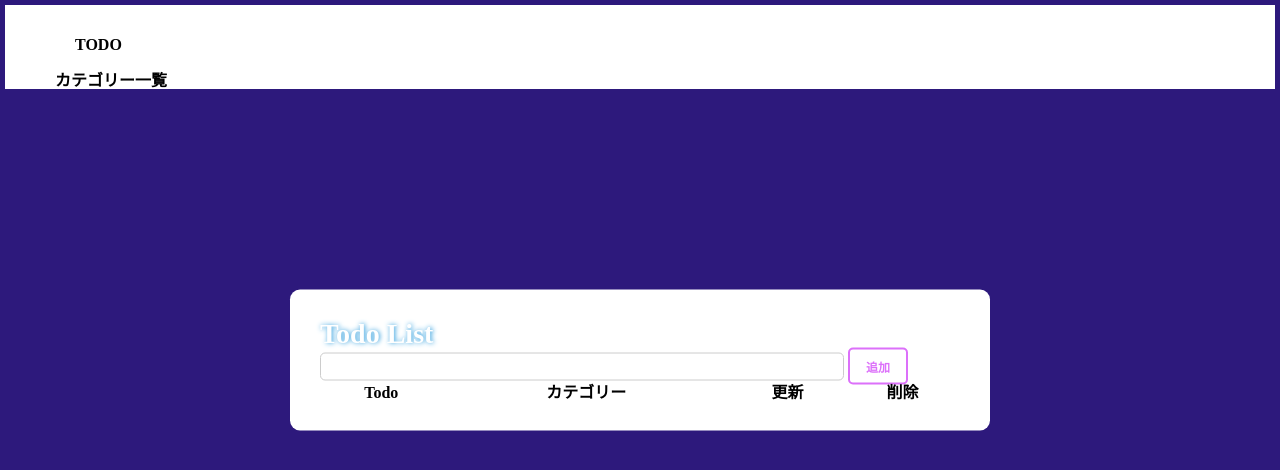
Repository: azuma2/cate
Page: http://localhost/
An editor plug-in stored every save of this project. The page is shown before and after a run of saves, followed by the edit.
The browser window is 1280 px wide. The pictures show the whole page.
The page is served by the project's Laravel application, run on PHP 8.4 with Laravel 8. Queries for data that is not in the repository find no rows.

Above is the page before, as saved 2022-05-17 02:45:05.

After the next 2 saves:
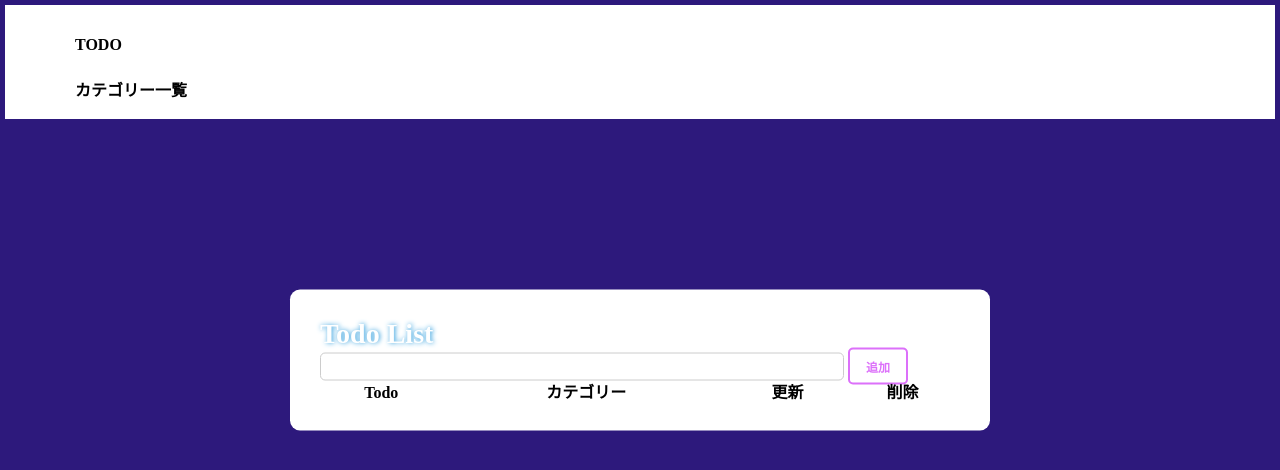
The 2 saves are shown as one change because they came seconds apart.
The last was saved 14 s later.
--- a/resources/views/index.blade.php
+++ b/resources/views/index.blade.php
@@ -36,7 +36,10 @@
   margin: 10px;
 }
 
-
+.head2{
+  padding: 10px;
+  margin: 10px;
+}
 
 ul{
   list-style: none;

After the save that followed:
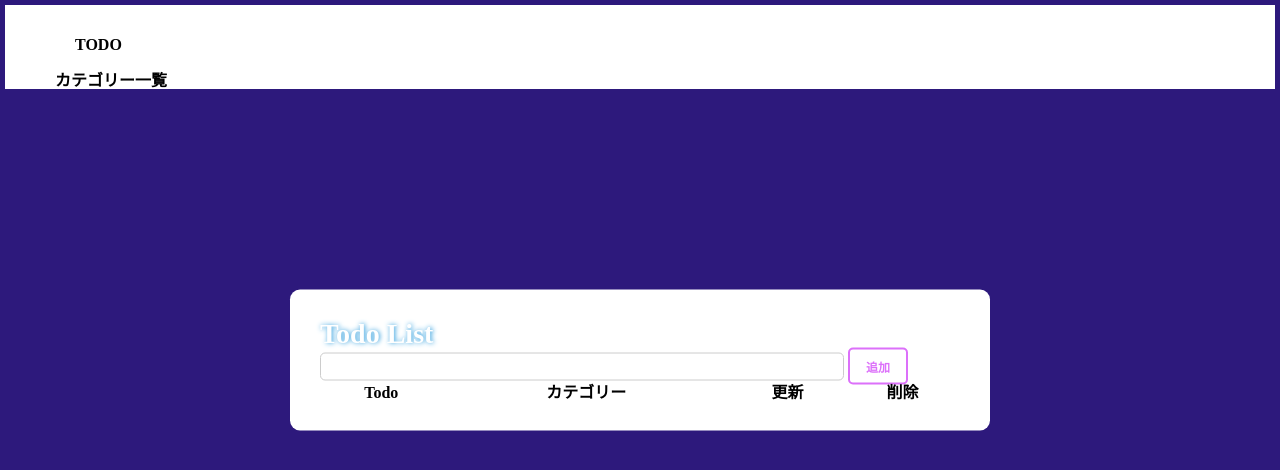
Saved 15 s later.
--- a/resources/views/index.blade.php
+++ b/resources/views/index.blade.php
@@ -36,10 +36,6 @@
   margin: 10px;
 }
 
-.head2{
-  padding: 10px;
-  margin: 10px;
-}
 
 ul{
   list-style: none;
